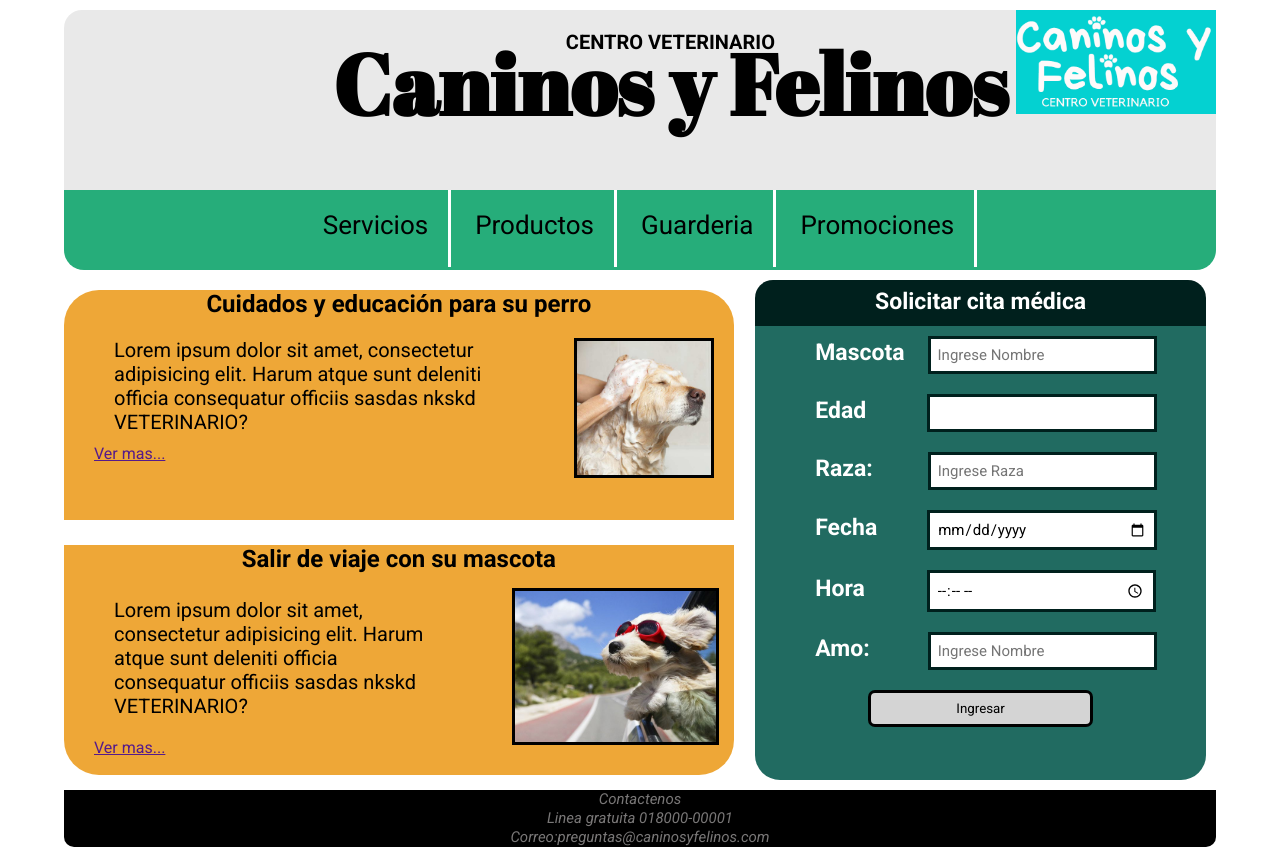
Repository: NickArregoces/Veterinaria
Page: Index.html
The author's editor kept a copy of each file at every save. The page is drawn from the files as they stood at one save, then again after a run of saves.
The browser window is 1280 px wide. The pictures show the whole page.

Above is the page before, as saved 2021-10-08 18:27:19.

### Index.html
<!DOCTYPE html>
<html lang="en">
<head>
    <meta charset="UTF-8">
    <meta http-equiv="X-UA-Compatible" content="IE=edge">
    <meta name="viewport" content="width=device-width, initial-scale=1.0">
    <title>Canicos y felinos</title>
    <link rel="stylesheet" href="/CSS/Style.css">
    <link href="https://fonts.googleapis.com/css2?family=Roboto:ital,wght@0,100;0,300;0,400;0,500;0,700;0,900;1,100;1,300;1,400;1,500;1,700;1,900&display=swap" rel="stylesheet">
    <link rel="preconnect" href="https://fonts.googleapis.com">
    <link rel="preconnect" href="https://fonts.gstatic.com" crossorigin>
    <link href="https://fonts.googleapis.com/css2?family=Abril+Fatface&display=swap" rel="stylesheet">

</head>
<body>
    <div id="head">
        <header>
            <div class="image">
                <img src="/Images/logo.png" alt="logo">
            </div>
            <div class="title" >
                <h3>CENTRO VETERINARIO</h3>
                <h1>Caninos y Felinos</h1>
            </div>

        </header>

        <div class="navegador">
            <ul class="menu">
                <li><a href="#">Servicios</a></li>
                <li><a href="#">Productos</a></li>
                <li><a href="#">Guarderia</a></li>
                <li><a href="#">Promociones</a></li>
            </ul>
        </div>

    </div>
        <div id="Contenido">
            <div class="section">

                <form action="" class="cita">
                    <h3 style="color: rgb(255, 255, 255);">Solicitar cita médica</h3>
                        <div class="Mascota">
                            <h4>Mascota<input type="text" placeholder="Ingrese Nombre" required></h4>
                        </div>

                        <div class="Edad">
                            <h4>Edad<input type="number" required></h4>
                        </div>

                        <div class="Raza">
                            <h4>Raza:<input type="text" placeholder="Ingrese Raza" required></h4>
                        </div>
                        <div class="Fecha">
                            <h4>Fecha<input type="date" placeholder="" required></h4>
                        </div>

                        <div class="Hora">
                            <h4>Hora<input type="time" required></h4>
                        </div>

                        <div class="Amo">
                            <h4>Amo:<input type="text" placeholder="Ingrese Nombre" required></h4>
                        </div>

                    <div class="button">
                        <button class="sumbit"> Ingresar </button>
                    </div>

                </form>
            </div>

            <div id="Cuadros">
                <aside>
                    <div class="Cuidados">
                        <h2 style="color: rgb(0, 0, 0);">Cuidados y educación para su perro</h2>

                        <div id="Prueba">
                            <img id="Prubea" src="/Images/credit.png" alt="">


                            <p>Lorem ipsum dolor sit amet, consectetur adipisicing elit.
                                Harum atque sunt deleniti officia consequatur officiis
                                sasdas nkskd VETERINARIO?</p>

                            <div class="vinculo"><a href="">Ver mas...</a></div>
                        </div>

                    </div>

                    <div class="Viajes">
                        <h2 style="color: rgb(0, 0, 0);">Salir de viaje con su mascota</h2>

                        <div id="Prueba">
                            <img id="Prubea" src="/Images/Wallpaper(80).jpg" alt="">

                            <p>Lorem ipsum dolor sit amet, consectetur adipisicing elit.
                            Harum atque sunt deleniti officia consequatur officiis
                            sasdas nkskd VETERINARIO?</p>

                            <div class="vinculo1"><a href="">Ver mas...</a></div>
                        </div>
                    </div>
                </aside>
            </div>

            <div>
                <footer>
                        <p>Contactenos</p>
                        <p>Linea gratuita 018000-00001</p>
                        <p>Correo:preguntas@caninosyfelinos.com</p>
                </footer>
            </div>
        </div>

</body>
</html>

### CSS/Style.css

*{
    margin: 0 auto;
    padding: 0px;
    list-style:none;
    font-family: 'Roboto', sans-serif;
}
body{
    font-family: Arial, Helvetica, sans-serif;
    background: rgb(255, 255, 255);
    width: 90%;
    color: rgb(0, 0, 0);
}
header{
    width: 100%;
    margin-top: 10px;
    background:rgb(233, 233, 233);
    border-top-left-radius:  18px;
    border-top-right-radius:  18px;
    height: 180px;
}
    img{
        float: right;
        width: 200px;
    }
    .title{
        float: right;
        width: 60%;
        margin-top: 20px;
    }
    header h1{
        font-family: 'Abril Fatface', cursive;
        font-size: 85px;
        text-align: center;
        line-height: 60px;
        display: block;
        color: black;
    }
    header h3{
        font-size: 20px;
        text-align: center;
    }
div.navegador{
    text-align: center;
}
    ul.menu{
        border-bottom-left-radius: 20px 20px;
        border-bottom-right-radius: 20px 20px;
        background: rgb(38, 173, 122);
        height: 80px;
        list-style: none;
        padding: 0;
        max-width: 10000px;
    }
    .menu li a{
        height: 37px;
        font-size: 26px;
        margin-right: 1px;
        text-decoration: none;
        color:black;
        padding: 20px;
        display: table-cell;
    }
    .menu li {
        border-right: solid white;
        display: inline-block;
        }
    .menu li a:hover{
        background: #242323b6;
        color: white;
        }

.section{
    width: 40%;
    float: right;
}
    /*Formulario Login*/
    form{
        background: rgb(33, 107, 97);
        border-radius: 25px;
        margin-top: 10px;
        margin-right:10px;
        margin-bottom: 10px;
        height: 500px;
    }
        form h3{
            font-size: 23px;
            text-align: center;
            background: rgb(0, 32, 29);
            height: 30px;
            padding: 8px;
            border-top-left-radius: 18px;
            border-top-right-radius: 18px;
        }
        form h4{
            font-size: 23px;
            padding: 10px;
            margin-left: 50px;
            color: rgb(255, 255, 255);

        }
        form input{
            font-size: 15px;
            width: 55%;
            padding: 7px;
            display: inline;
            border: solid rgb(0, 32, 29);
            margin-left: 10px;
        }
        div.Mascota input {
            margin-left: 23px;
        }
        div.Edad input {
            margin-left: 61px;
        }
        div.Raza input {
            margin-left: 55px;
        }
        div.Fecha input {
            margin-left: 50px;
        }
        div.Hora input {
            margin-left: 62px;
        }
        div.Amo input {
            margin-left: 58px;
        }
        div.button{
            margin-top: 10px;
            margin: auto;
            text-align: center;
            width: 50%;
            cursor: pointer;
        }
        button{
            margin-top: 10px;
            width: 100%;
            padding: 8px;
            background: rgb(212, 212, 212);
            border-radius: 7px;
            border: solid black;
            cursor: pointer;
        }
        button:hover{
            background: #000000b6;
            color: rgb(255, 255, 255);
        }
aside{
    width: 59%;
    height: 500px;
    margin-top: 10px;
    float: left;
    margin-bottom: 10px;
}
    div.Cuidados{
        height: 230px;
        border-top-left-radius: 35px;
        border-top-right-radius: 35px;
        margin-top: 10px;
        margin-right: 10px;
        background:#EEA737;
        overflow:hidden;
    }
    /*Centrado Imagenes aside*/
    #Prueba{
        float: right;
    }
        div.Cuidados h2{
            text-align: center;
        }
        div.Cuidados img {
            margin: 20px;
            width: 20%;
            border: solid black;
        }
        /*Efecto Imagenes aside*/
        div img:hover{
            -webkit-transform:scale(0.9);
            transform:scale(0.9);
        }
        div.Cuidados p{
            font-size: 20px;
            margin-top: 20px;
            margin-left: 50px;
            width: 60%;
            display: inline-block;
        }
        div.Cuidados a{
            position: absolute;
            margin-left: 30px;
            margin-top: 10px;
        }

    div.Viajes {
        height: 230px;
        border-bottom-right-radius: 35px;
        border-bottom-left-radius: 35px;
        margin-top: 25px;
        margin-right: 10px;
        background: #EEA737;
        overflow: hidden;
    }
        div.Viajes h2{
            text-align: center;
        }
        div.Viajes img {
            width: 30%;
            margin: 15px;
            border: solid black;
        }
        div.Viajes p{
            font-size: 20px;
            margin-top: 25px;
            margin-left: 50px;
            width: 50%;
            display: inline-block;
        }
        div.vinculo1 a{
            position: absolute;
            margin-left: 30px;
            margin-top: 20px;
        }

footer{
    background: black;
    clear: both;
    border-bottom-left-radius: 10px;
    border-bottom-right-radius: 10px;
}
    footer p{
        font-size: 15px;
        text-align: center;
        line-height: 15px;
        color: rgb(121, 119, 119);
        font-style:italic;
        padding: 2px;
    }

After the next 2 saves:
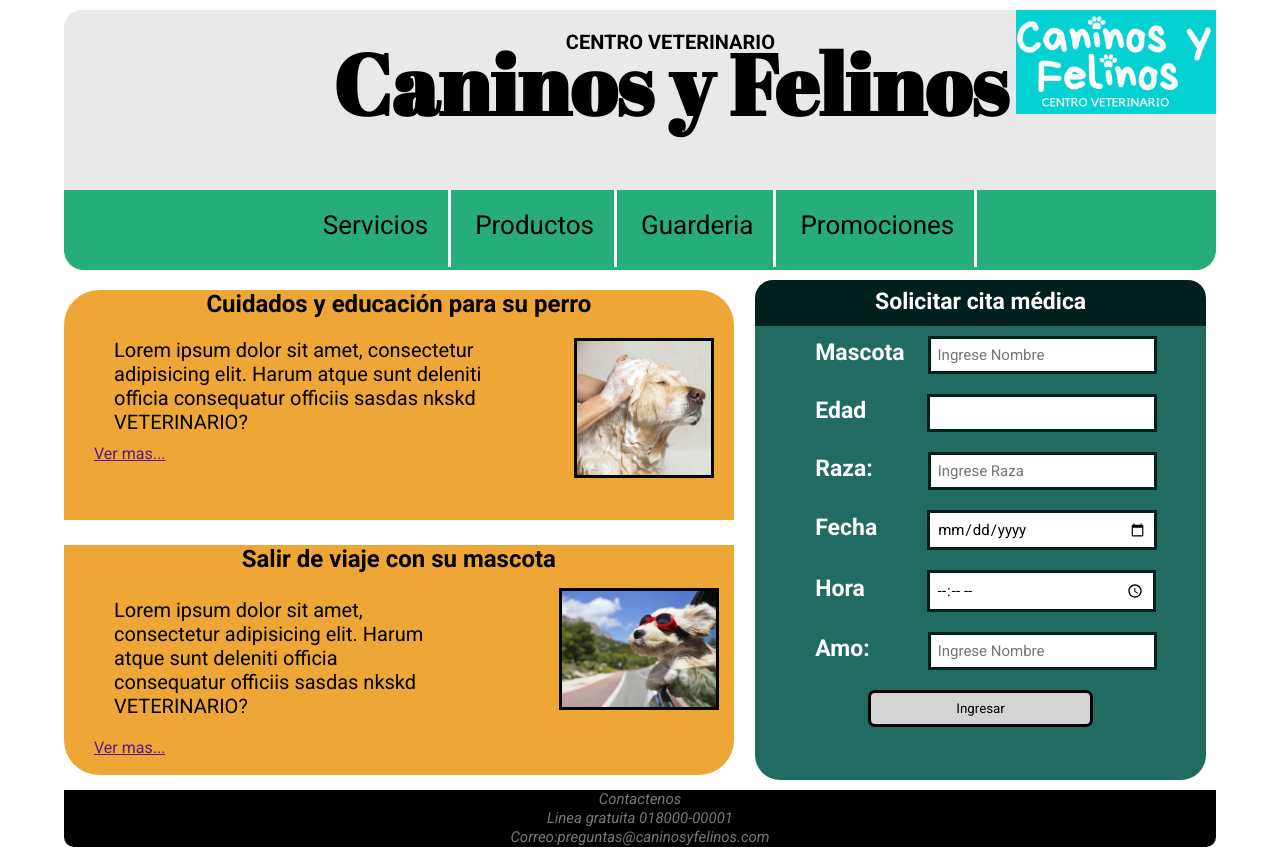
The 2 saves are shown as one change because they came seconds apart.
The last was saved 10 s later.
--- a/CSS/Style.css
+++ b/CSS/Style.css
@@ -204,7 +204,7 @@ aside{
             text-align: center;
         }
         div.Viajes img {
-            width: 30%;
+            width: 23%;
             margin: 15px;
             border: solid black;
         }
